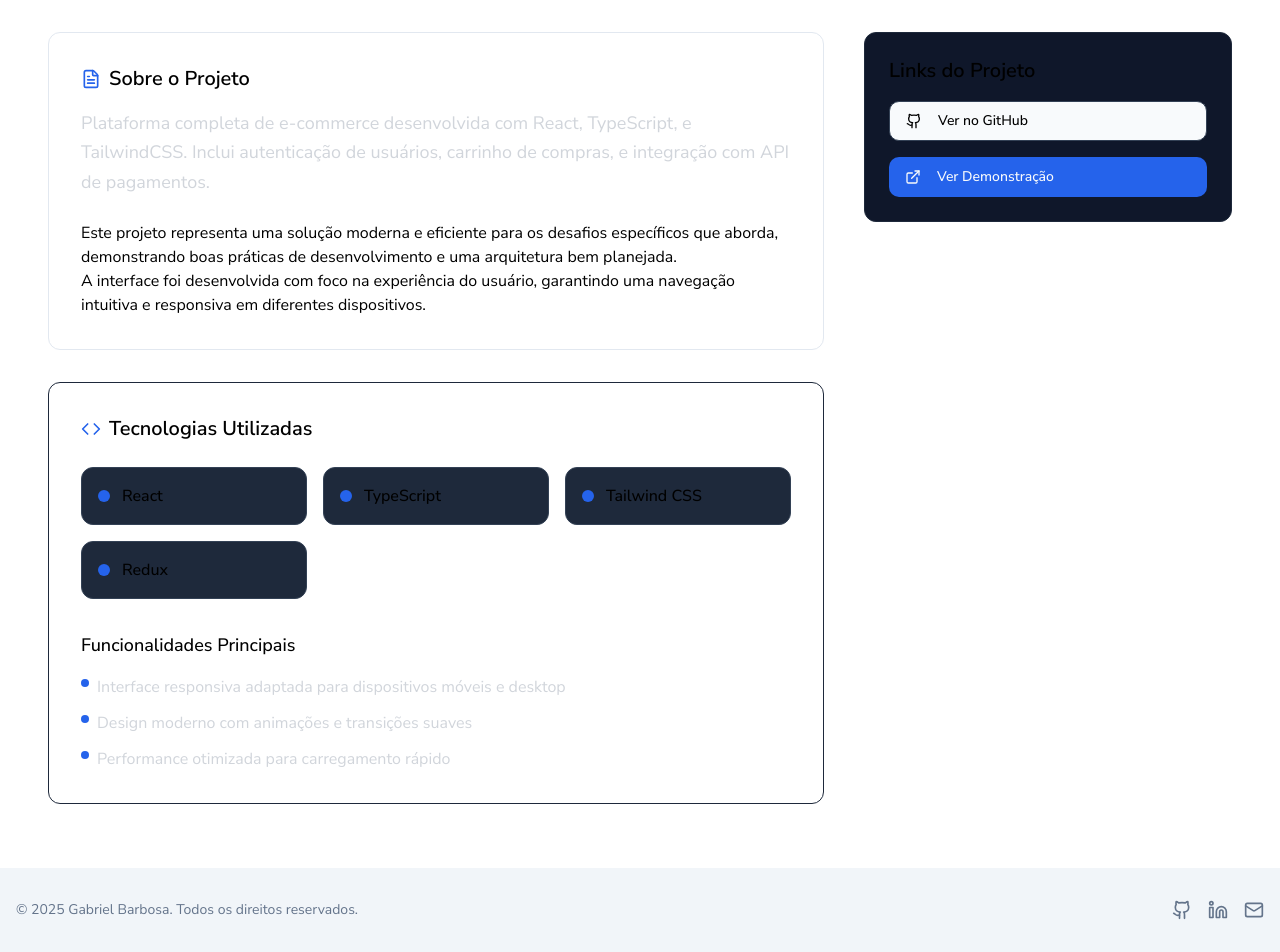
Repository: Biel-barbosa/portfolio-gabriel
Page: /projetos/1
The author's editor kept a copy of each file at every save. The page is drawn from the files as they stood at one save, then again after the next save.
The browser window is 1280 px wide. The pictures show the part of the page from y = 688 to 1640 px (the page is 1640 px tall).
The page's requests for data from a server got no answer. The project was rebuilt for these pictures with package versions that can differ from the ones it lists, and the page was loaded fresh each time. No one was signed in, and anything a server would have sent is missing. Also part of the build but not shown: vite.config.ts, src/components/ui/tooltip.tsx, src/components/ui/card.tsx, src/components/ui/badge.tsx, src/components/ProjectCard.tsx, src/pages/Index.tsx, src/pages/Projects.tsx, src/pages/Contact.tsx and 1 more.

Above is the page before, as saved 2025-05-20 16:59:38.

After the next save:
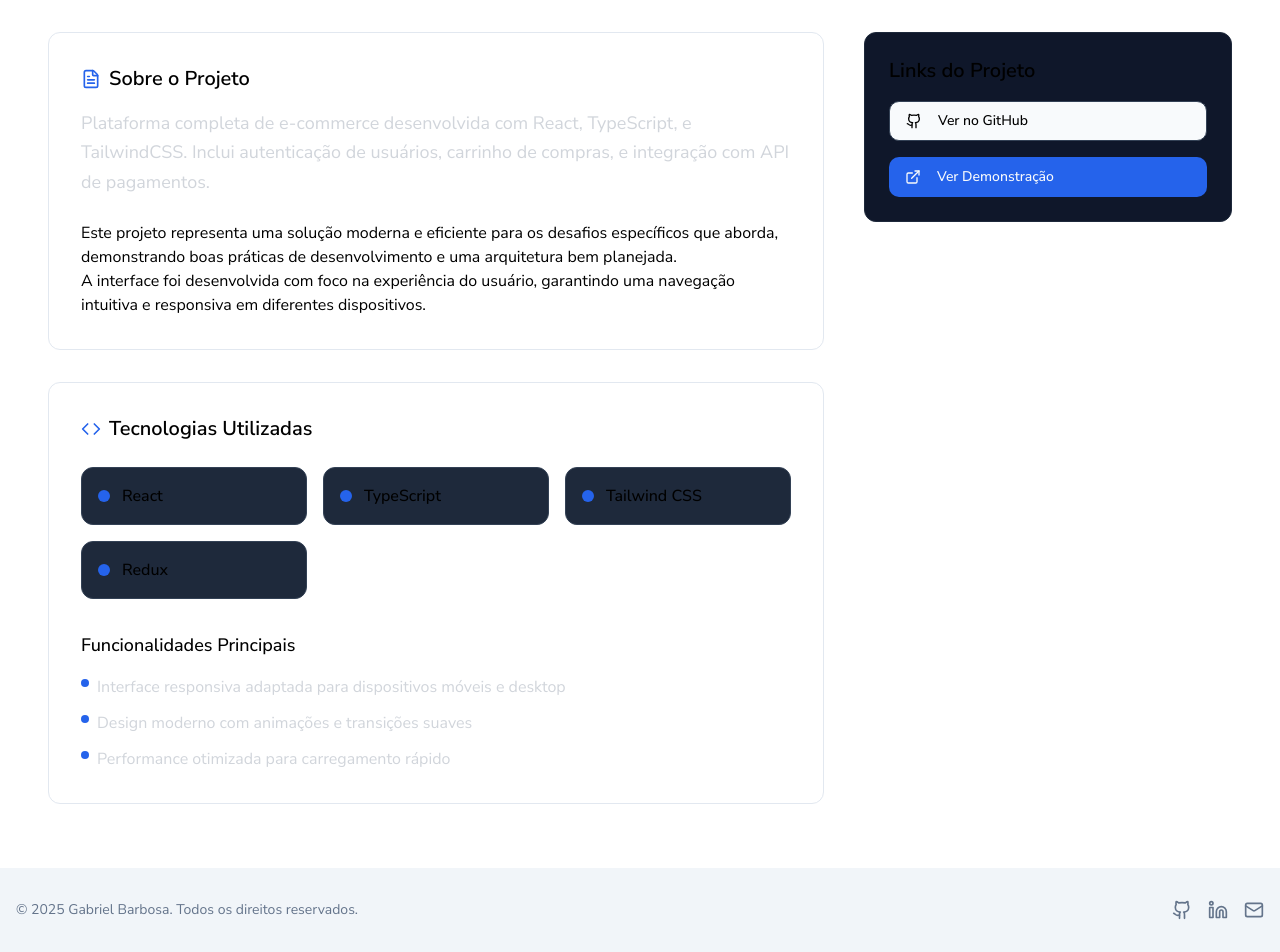
Saved 10 s later.
--- a/src/pages/ProjectDetail.tsx
+++ b/src/pages/ProjectDetail.tsx
@@ -151,7 +151,7 @@ const ProjectDetail = () => {
                     </div>
                   </div>
 
-                  <div className="bg-white border border-slate-800 rounded-lg p-8">
+                  <div className="bg-white border border-white-800 rounded-lg p-8">
                     <h2 className="text-xl font-semibold mb-6 flex items-center">
                       <Code className="mr-2 h-5 w-5 text-primary" />
                       Tecnologias Utilizadas
